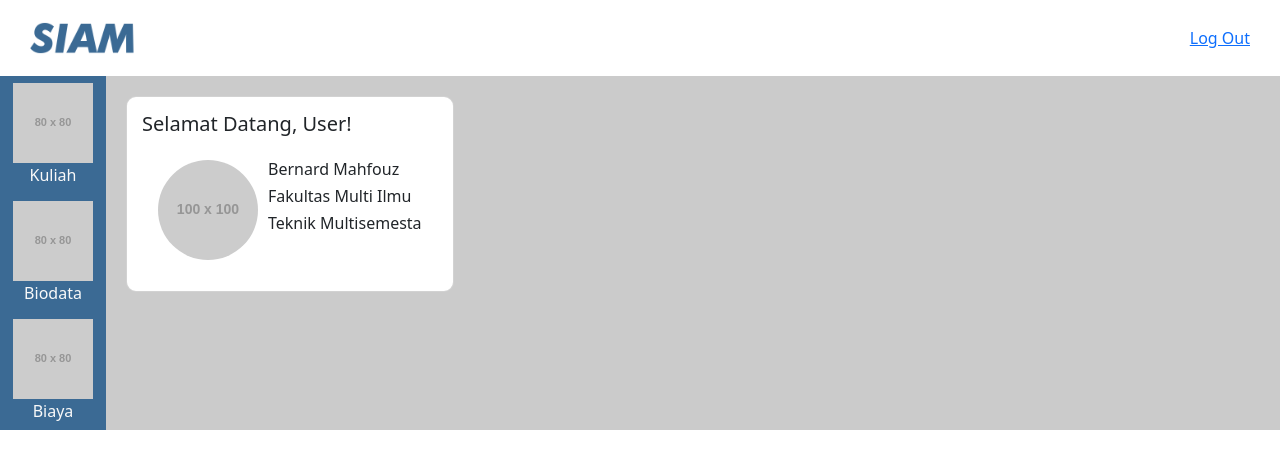
Repository: haikalirf/Project-IMK
Page: kuliah.html
These files come from the project's save history. The page is drawn as it stood at one moment and after the next save; the edit follows.
The browser window is 1280 px wide. The pictures show the whole page.

Above is the page before, as saved 2022-12-10 13:20:51.

After the next save:
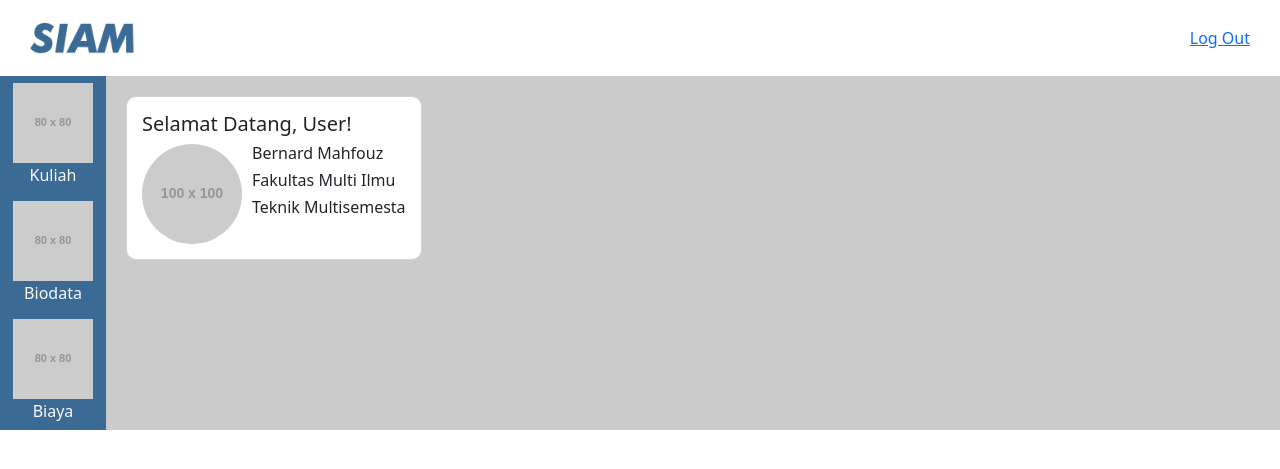
Saved 29 s later.
--- a/styles/kuliah.css
+++ b/styles/kuliah.css
@@ -40,6 +40,7 @@
 
 .card-body{
 	display: flex;
+	padding: 0px;
 }
 
 .card-text-group {

After the save that followed:
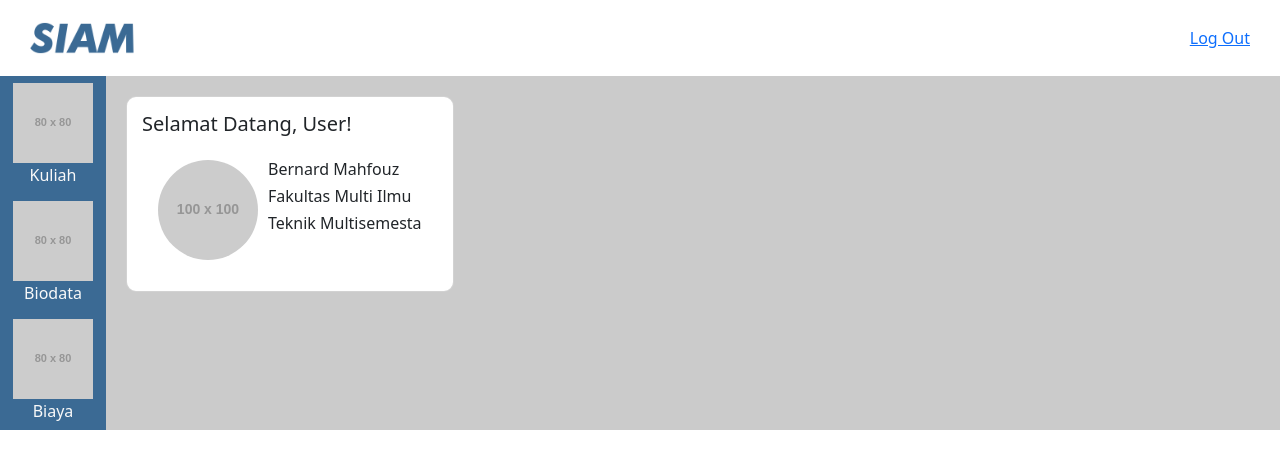
Saved 11 s later.
--- a/styles/kuliah.css
+++ b/styles/kuliah.css
@@ -40,7 +40,6 @@
 
 .card-body{
 	display: flex;
-	padding: 0px;
 }
 
 .card-text-group {
